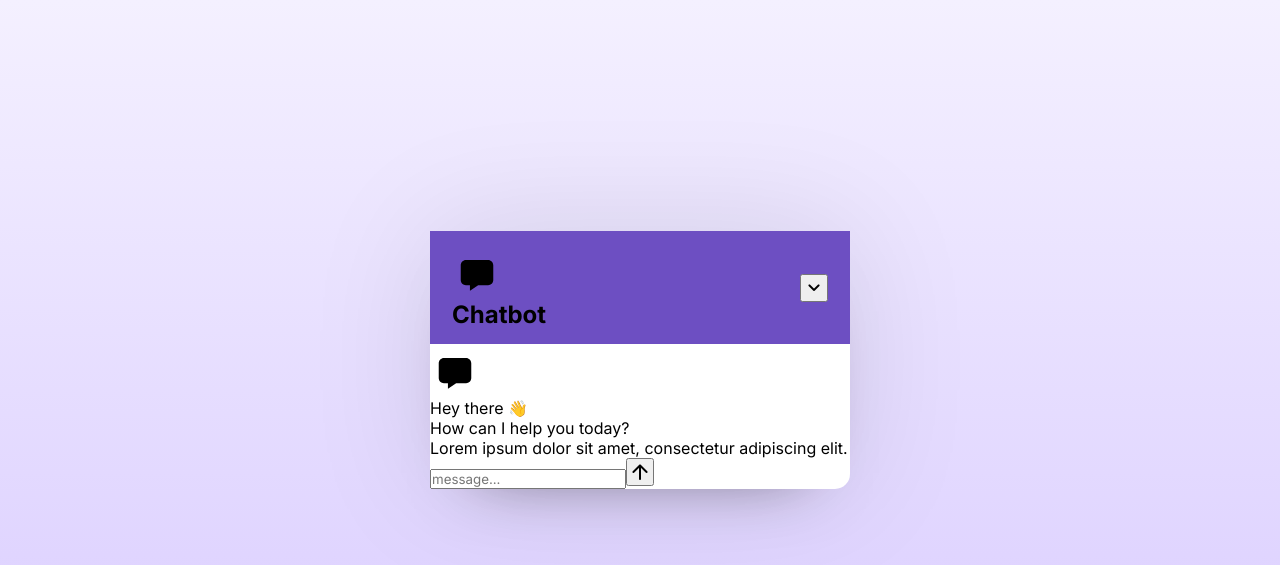
Repository: gogg23/chatbot
Page: / (app in chatbot/)
These files come from the project's save history. The page is drawn as it stood at one moment and after the next save; the edit follows.
The browser window is 1280 px wide. The pictures show the whole page.
The project was rebuilt for these pictures with package versions that can differ from the ones it lists, and the page was loaded fresh each time. Also part of the build but not shown: chatbot/vite.config.js.

Above is the page before, as saved 2025-01-11 13:46:51.

After the next save:
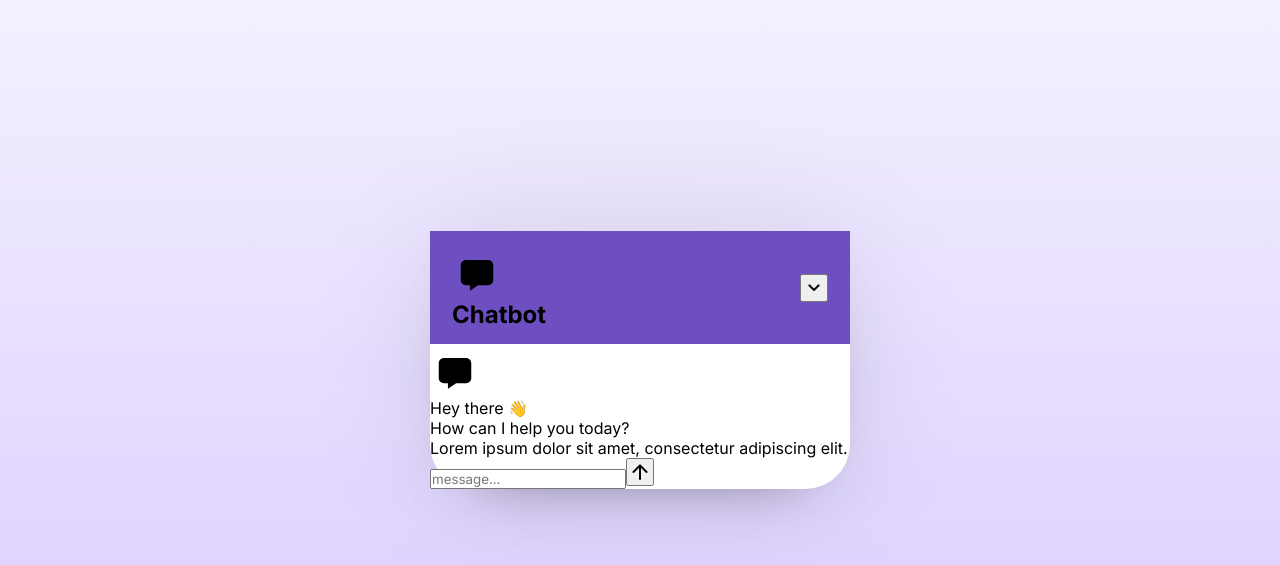
Saved 27 s later.
--- a/chatbot/src/index.css
+++ b/chatbot/src/index.css
@@ -6,11 +6,6 @@
   padding: 0;
   box-sizing: border-box;
   font-family: 'Inter', sans-serif;
-}
-
-body,
-.container {
-  overflow: visible;
 }
 
 body {
@@ -25,7 +20,7 @@
 .chatbot-popup {
   width: 420px;
   background: #fff;
-  border-radius: 15px;
+  border-radius: 45px;
   box-shadow: 0 0 128px 0 rgba(0, 0, 0, 0.1),
     0 32px 64px -48px rgba(0, 0, 0, 0.5);
 }

After the save that followed:
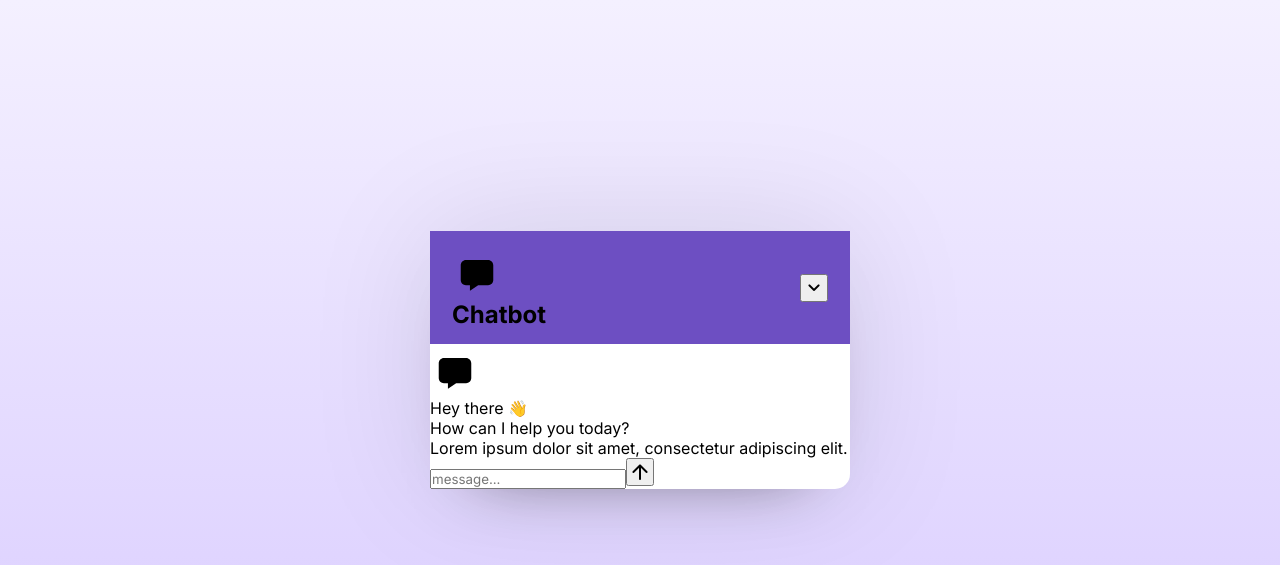
Saved 16 s later.
--- a/chatbot/src/index.css
+++ b/chatbot/src/index.css
@@ -20,7 +20,7 @@
 .chatbot-popup {
   width: 420px;
   background: #fff;
-  border-radius: 45px;
+  border-radius: 15px;
   box-shadow: 0 0 128px 0 rgba(0, 0, 0, 0.1),
     0 32px 64px -48px rgba(0, 0, 0, 0.5);
 }
